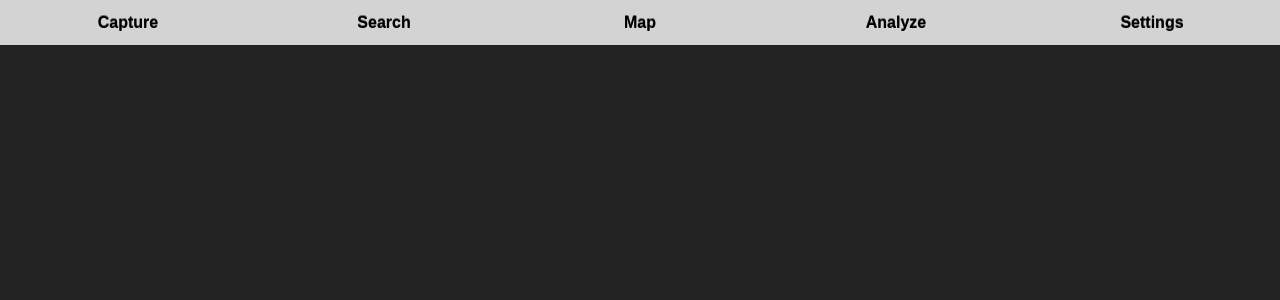
Repository: alightnin/WiFiGeolocator
Page: Final Project/WifiGeolocator/assets/www/index.html
The author's editor kept a copy of each file at every save. The page is drawn from the files as they stood at one save, then again after the next save.
The browser window is 1280 px wide. The pictures show the whole page.

Above is the page before, as saved 2012-10-17 15:20:01.
Not found: Final Project/WifiGeolocator/assets/www/js/app.js

After the next save:
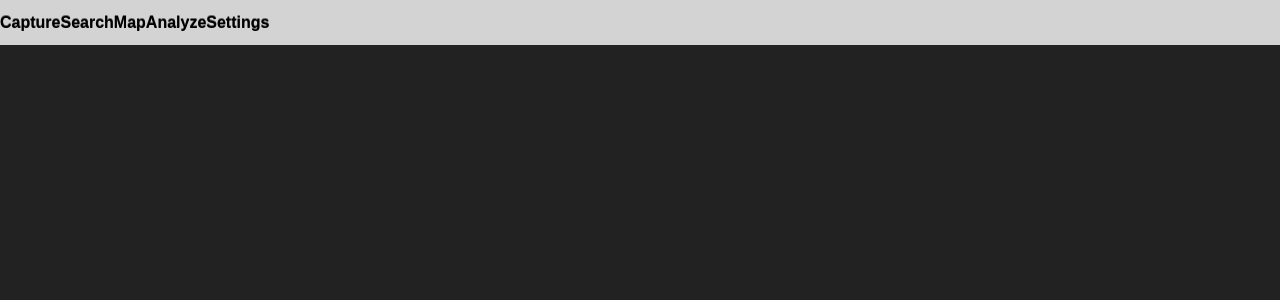
Saved 54 s later.
--- a/Final Project/WifiGeolocator/assets/www/css/geolocator.css
+++ b/Final Project/WifiGeolocator/assets/www/css/geolocator.css
@@ -66,7 +66,7 @@ h1{
 #tab-bar li {
     display: inline;
     float:left;
-    width: 20%;
+
 }
 #tab-bar a {
     color: #000000;
